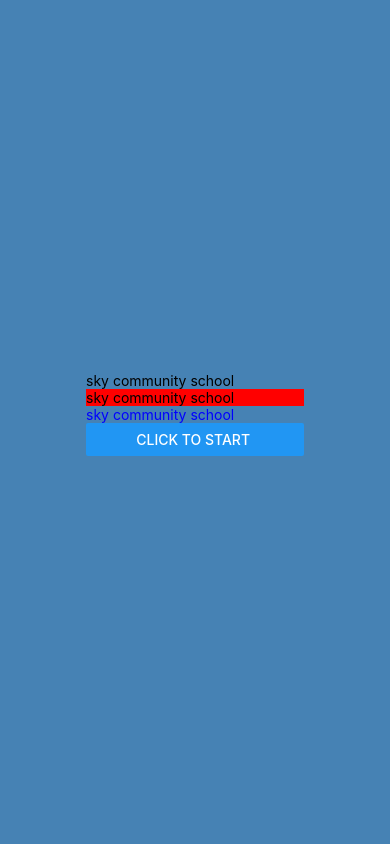
Repository: 2000-Nanayaw/MobileApp
Screen: /
These files come from the project's save history. The screen is drawn as it stood at one moment and after the next save; the edit follows.
The app was drawn by React Native's web renderer in a window 390 px wide. The project was rebuilt for these pictures with package versions that can differ from the ones it lists, and the page was loaded fresh each time.

Above is the screen before, as saved 2023-08-24 02:11:11.

### App.js
import { StatusBar } from 'expo-status-bar';
import { Button, StyleSheet, Text, TextInput, View, YellowBox } from 'react-native';

 function App() {
  return (
    <View style={styles.container}>
      <View>
      <Text>sky community school</Text>
      <Text style={{backgroundColor: "red"}}>sky community school</Text>
      <Text style={styles.jsarText}>sky community school</Text>
      <Button title='click to start '/>
      <TextInput />
      </View>
      <StatusBar style="auto" />
    </View>
  );
}

const styles = StyleSheet.create({
  container: {
    flex: 1,
    backgroundColor: 'steelblue',
    alignItems: 'center',
    justifyContent: 'center',

  },
  jsarText:{
    color: "blue",
    backgroundColor: "Yellow"

  }
});
export default App;

After the next save:
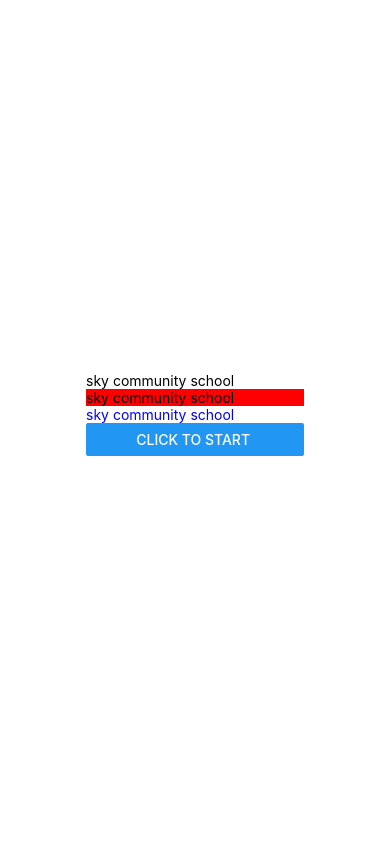
Saved 96 s later.
--- a/App.js
+++ b/App.js
@@ -19,7 +19,7 @@ import { Button, StyleSheet, Text, TextInput, View, YellowBox } from 'react-nati
 const styles = StyleSheet.create({
   container: {
     flex: 1,
-    backgroundColor: 'steelblue',
+    backgroundColor: 'white',
     alignItems: 'center',
     justifyContent: 'center',
 
